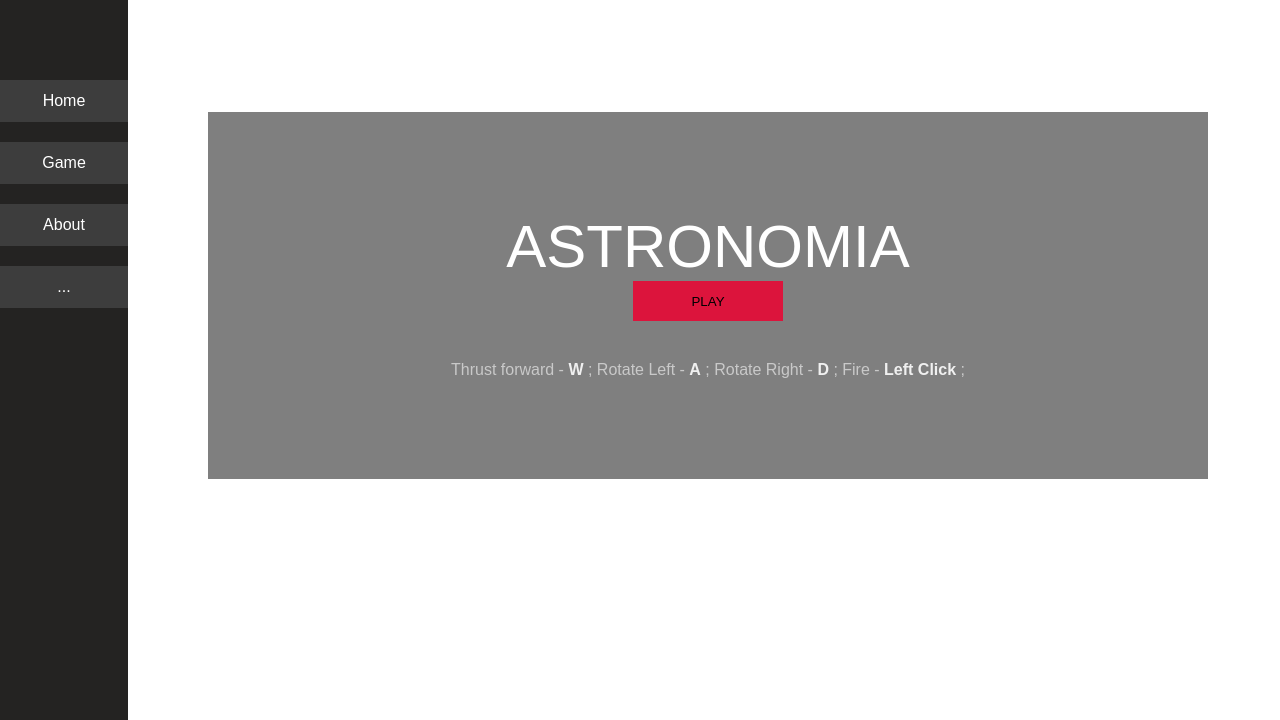
Repository: LaukiniXs/astronomia
Page: index.html
An editor plug-in stored every save of this project. The page is shown before and after the next save, followed by the edit.
The browser window is 1280 px wide. The pictures show the whole page.

Above is the page before, as saved 2020-05-18 13:58:53.
Not found: index.ts

### index.html
<html>
	<head>
	<meta charset="UTF-8">
		<title>Fully fledged page</title>
			<link rel="stylesheet" type="text/css" href="style.css">

	</head>
	<body>
		<div id="sidebar">
		<button class="button" style="height:42px; margin-top: 80px;"><a href="">Home</a></button>
		<button class="button" style="height:42px;"><a href="">Game</a></button>
		<button class="button" style="height:42px;"><a href="">About</a></button>
		<button class="button" style="height:42px;"><a href="">...</a></button>
		</div>
		<div id="clearFloat"></div>
		<div id="gamediv">
			<div id="splash">
				<p id="title">ASTRONOMIA</p>
				<button id="play-btn">PLAY</button>
				<p id="controls"> Thrust forward - <span class="controlBtn">W</span> ;
					Rotate Left - <span class="controlBtn">A</span> ;
					Rotate Right - <span class="controlBtn">D</span> ;
					Fire - <span class="controlBtn">Left Click</span> ;</p>
			</div>
			<div class="clearFloat"></div>
			<div id="gameover">
				<p id="gameoverText">Game Over</p>
				<p id="tip">Refresh the page to try again</p>
			</div>
			<div id="log"></div>
			<audio id="backgroundMusic" src="./audio/backgroundMusic.mp3" preload loop></audio>
			<script id="game" src="./index.ts"></script>
		</div>
	</body>

</html>

### style.css
* {
    margin: 0px;
    padding: 0px;
    font-family: Arial, Helvetica, sans-serif;
}
#sidebar {
    float: left;
    background-color:#242322;
    width: 10%;
    height: 100%;
}
.button {
  user-select: none;
  float: left;
    border: 0;
    background: #3d3d3d;
    color: white;
    font-family: Arial, Helvetica, sans-serif;
    font-size: 16px;
    line-height: 18px;
    white-space: nowrap;
    text-decoration: none;
    width: 100%;
    margin: 10px 0;
    cursor: pointer;
  }
  .floatRight{
    float: right;

  }
  .clearFloat{
    clear: both;
  }
  a {
   text-decoration: none;
    color: white;
  }
  #contents{
    word-wrap: break-word;
    float: left;
    width: 40%;
    height: 100%;
    background-color: violet;
  }
  .contentText{
    margin: 50px 10px;
    font-size: 20px;
  }
  #splash {
    user-select: none;
    float: left;
    margin: 0 2px;
    z-index: 10;
    position: absolute;
    background: rgba(0, 0, 0, 0.5);
    width: 1000px;
    padding: 100px 0;
    text-align: center;
}

#play-btn {
    width: 150px;
    height: 40px;
    background-color: crimson;
    border: 0px;
}

#title {
    color: white;
    font-size: 60px;
    font-family: Arial, Helvetica, sans-serif;
}

#controls {
    color: #c9c9c9;
    font-family: Arial, Helvetica, sans-serif;
    padding-top: 40px;
}

.controlBtn {
    font-weight: bold;
    color: #f0f0f0;
}

#gameover {
  float: left;
  margin-left: 50px;
  width: 1000px;
  height: 580px;
    display: none;
    color: white;
    position: absolute;
    background: rgba(0, 0, 0, 0.5);
    width: 1000px;
    text-align: center;
    font-size: 60px;
    font-family: Arial, Helvetica, sans-serif;
}
#tip{
    user-select: none;
    font-size: 20px;
    font-family: Arial, Helvetica, sans-serif;
}
#game{
  margin-top: 30px;
  float: left;
}
#gamediv{
  margin-top: 12px;
  margin-left: 30px;
  float: left;
}
#log{
  float: left;
}
#gameoverText{
  user-select: none;
  margin-top: 200px;
}
#splash{
  margin-top: 100px;
  margin-left: 50px;
}

After the next save:
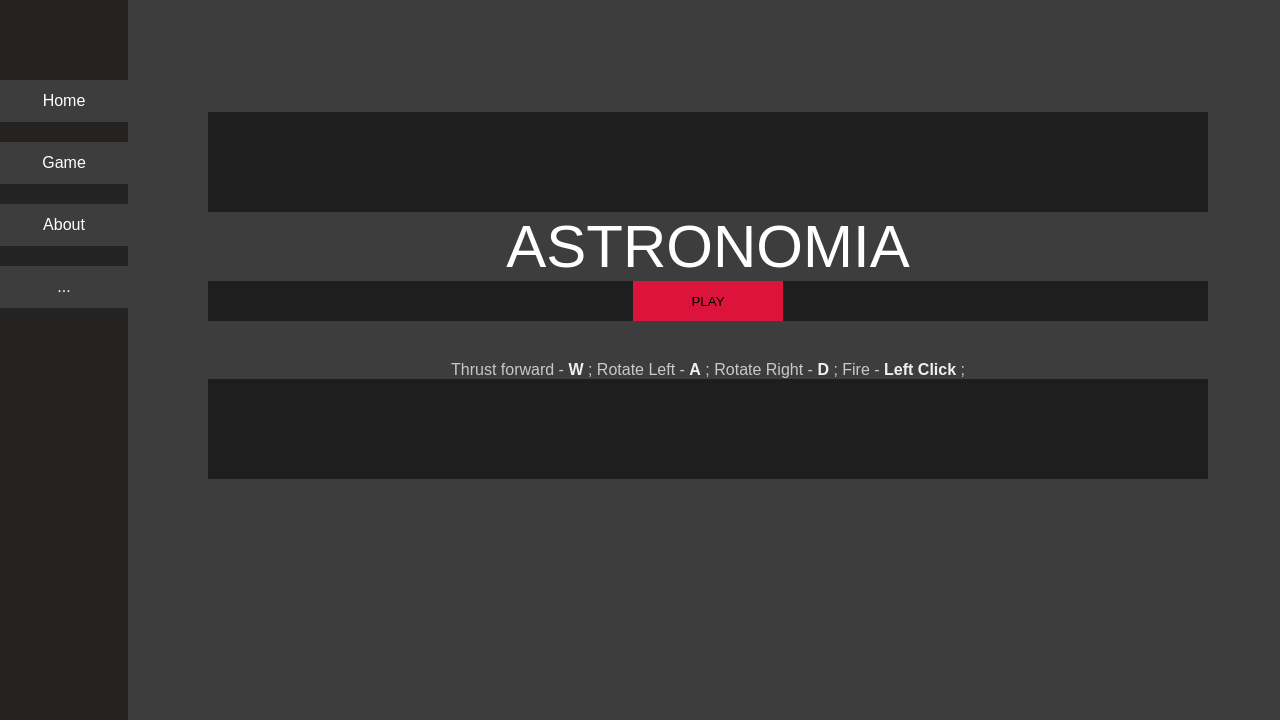
Saved 30 min 44 s later.
--- a/style.css
+++ b/style.css
@@ -1,4 +1,5 @@
 * {
+    background-color:  #3d3d3d;
     margin: 0px;
     padding: 0px;
     font-family: Arial, Helvetica, sans-serif;
